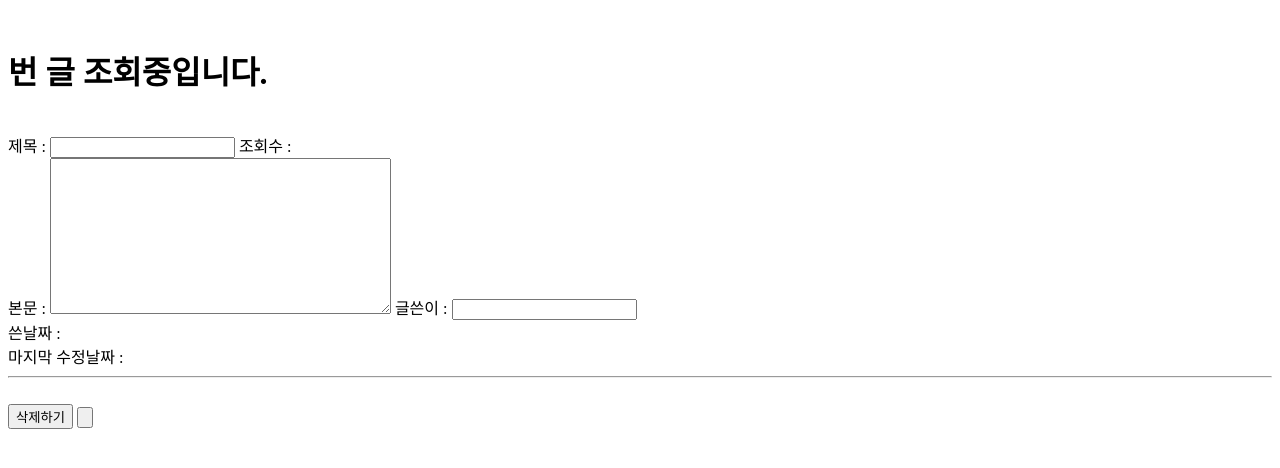
Repository: HeeMang28/jsp2
Page: http://localhost/MyFirstWeb/board/boardDetail.jsp
The author's editor kept a copy of each file at every save. The page is drawn from the files as they stood at one save, then again after the next save.
The browser window is 1280 px wide. The pictures show the whole page.
The page is served by Tomcat 9. The template is opened directly, without the code that normally fills it, so the values that code supplies are empty.

Above is the page before, as saved 2022-04-21 09:10:57.

After the next save:
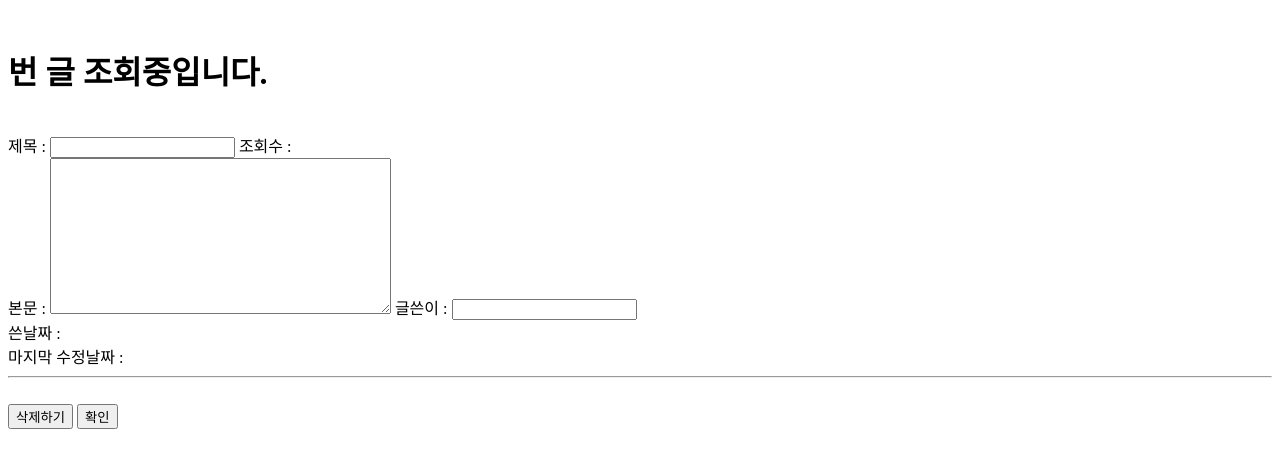
Saved 47 s later.
--- a/MyFirstWeb/src/main/webapp/board/boardDetail.jsp
+++ b/MyFirstWeb/src/main/webapp/board/boardDetail.jsp
@@ -20,7 +20,7 @@
 	<!--  삭제용 글 번호는 노출시킬 필요가 없으므로 hidden타입으로 숨겨서 보냄 -->
 	<input type="hidden" name="board_num" value="${board.boardNum }"><br/>
 	<input type="submit" value="삭제하기" />
-	<input type="button" a="http://localhost:8181/MyFirstWeb/boardList">
+	<input type="button" value= 확인 a="http://localhost:8181/MyFirstWeb/boardList">
 	</form>
 </body>
 </html>
